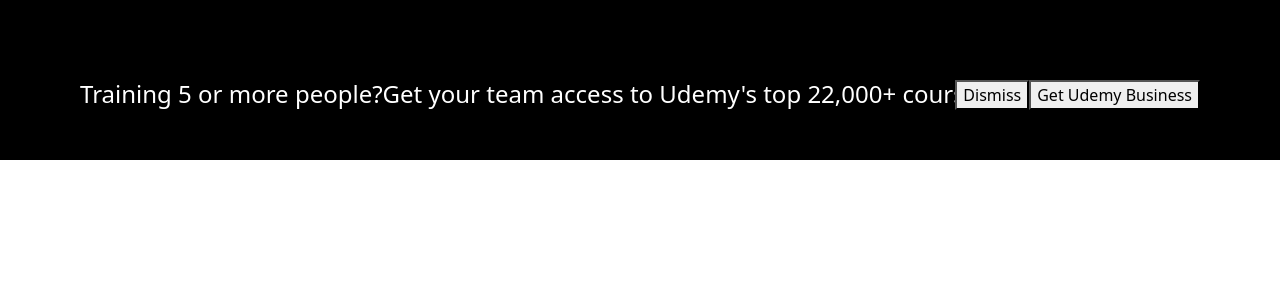
Repository: Taniafdes/newProject
Page: /division/division
An editor plug-in stored every save of this project. The page is shown before and after the next save, followed by the edit.
The browser window is 1280 px wide. The pictures show the whole page.
The project was rebuilt for these pictures with package versions that can differ from the ones it lists, and the page was loaded fresh each time. The framework's server and built-in components were replaced by stand-ins that run in the browser. Also part of the build but not shown: next.config.js.

Above is the page before, as saved 2023-06-15 16:22:59.

### pages/_app.js
import Head from "next/head";
import Script from "next/script";
import 'bootstrap/dist/css/bootstrap.css'
import 'bootstrap/dist/css/bootstrap.min.css'
function MyApp({ Component, pageProps }) {
  return (
    <>
      <Head>
        <meta name="viewport" content="width=device-width, initial-scale=1" />
      </Head>

      <Script
        src="https://cdn.jsdelivr.net/npm/bootstrap@5.0.0-beta1/dist/js/bootstrap.bundle.min.js"
        integrity="sha384-ygbV9kiqUc6oa4msXn9868pTtWMgiQaeYH7/t7LECLbyPA2x65Kgf80OJFdroafW"
        crossOrigin="anonymous"
      />
      <Component {...pageProps} />
    </>
  );
}
export default MyApp;

### pages/division/division.js
import React from 'react'
import { Container } from 'react-bootstrap';
import Button from 'react-bootstrap/Button';

const division = () => {
  return (
    <div>
    <div style={{backgroundColor: 'black', padding: '80px'}}>
    <h4 style={{width: '150px', whiteSpace: 'nowrap', float: 'left', color: 'white'}}>Training 5 or more people?Get your team access to Udemy's top 22,000+ courses</h4>
    <button variant="dark" className='mr-1' style={{float: "right"}}>Get Udemy Business</button>
    <button variant="outline-light" style={{float: "right"}}>Dismiss</button>
    </div>
    </div>

  )
}

export default division

After the next save:
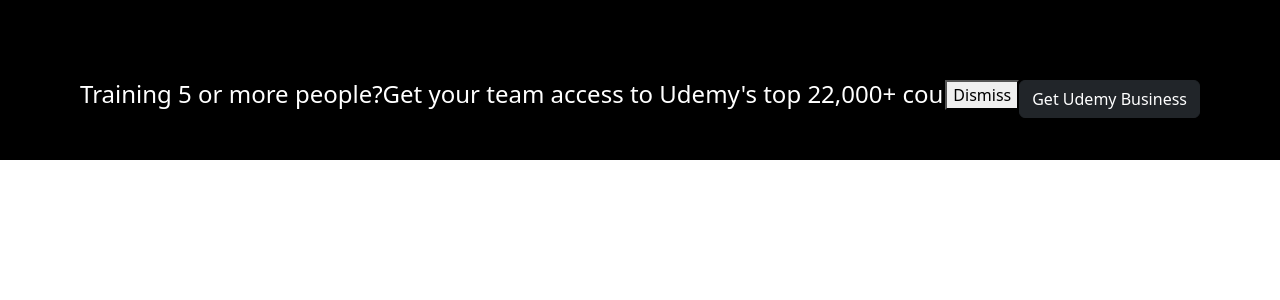
Saved 15 s later.
--- a/pages/division/division.js
+++ b/pages/division/division.js
@@ -7,7 +7,7 @@
     <div>
     <div style={{backgroundColor: 'black', padding: '80px'}}>
     <h4 style={{width: '150px', whiteSpace: 'nowrap', float: 'left', color: 'white'}}>Training 5 or more people?Get your team access to Udemy's top 22,000+ courses</h4>
-    <button variant="dark" className='mr-1' style={{float: "right"}}>Get Udemy Business</button>
+    <Button variant="dark" className='mr-1' style={{float: "right"}}>Get Udemy Business</Button>
     <button variant="outline-light" style={{float: "right"}}>Dismiss</button>
     </div>
     </div>
